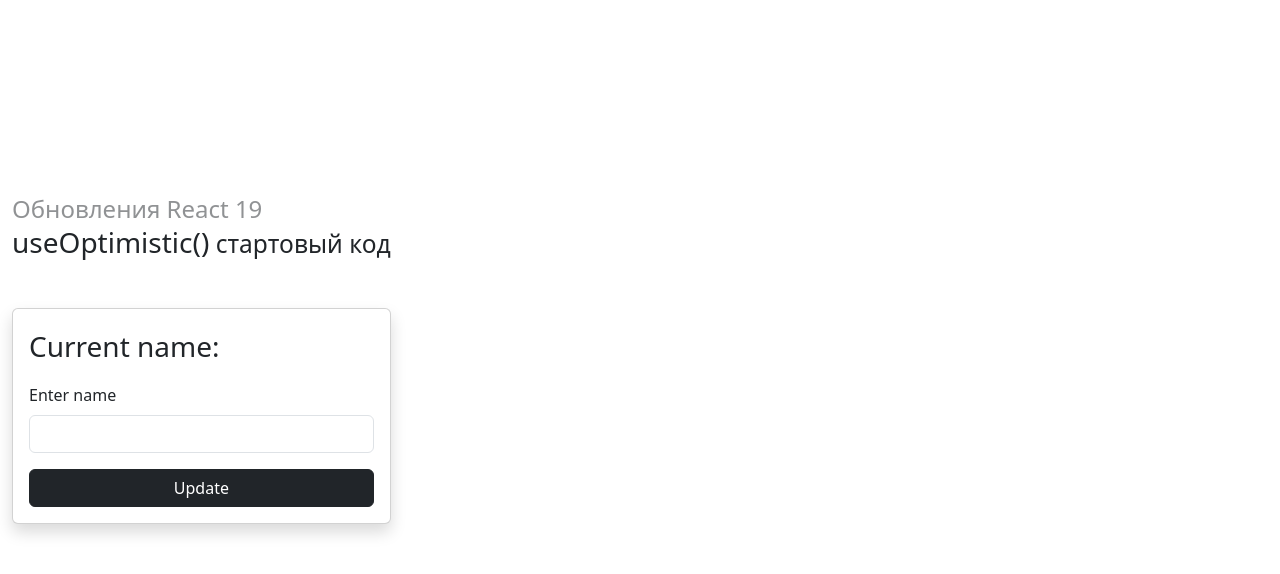
Repository: vitaliygalata1986/react
Page: / (app in project-40-react-19-vite/react-19/)
An editor plug-in stored every save of this project. The page is shown before and after the next save, followed by the edit.
The browser window is 1280 px wide. The pictures show the whole page.
The project was rebuilt for these pictures with package versions that can differ from the ones it lists, and the page was loaded fresh each time. Also part of the build but not shown: project-40-react-19-vite/react-19/vite.config.js.

Above is the page before, as saved 2025-02-06 23:56:15.

After the next save:
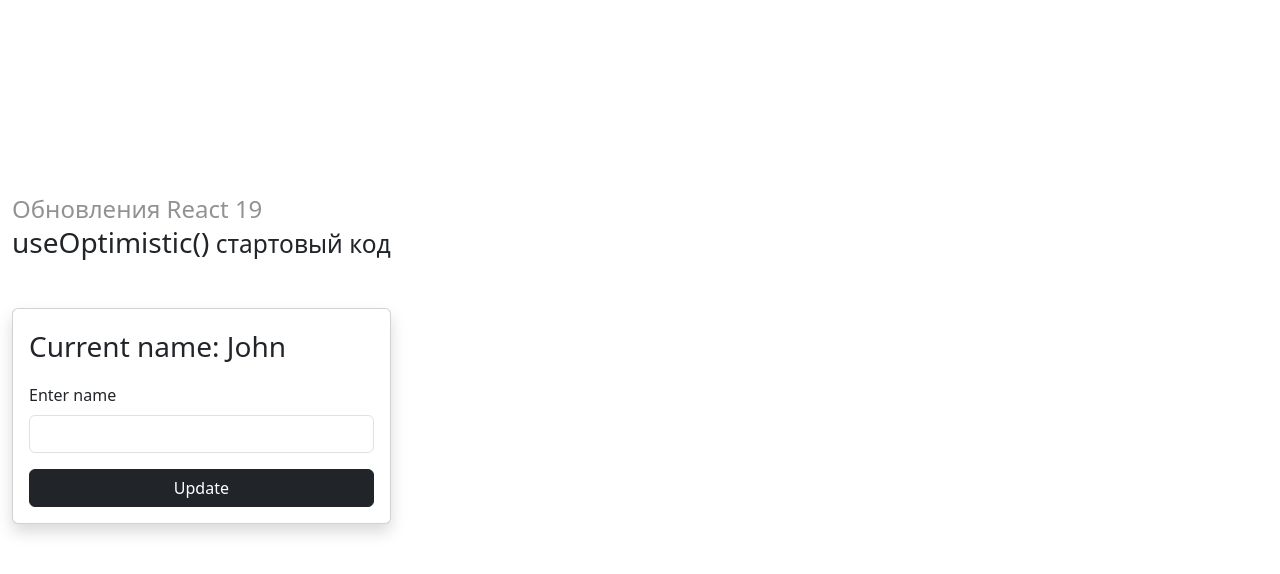
Saved 5 s later.
--- a/project-40-react-19-vite/react-19/src/examples/forms/useOptimistic-final.jsx
+++ b/project-40-react-19-vite/react-19/src/examples/forms/useOptimistic-final.jsx
@@ -20,7 +20,7 @@
 }
 
 function App() {
-
+  const [name, setName] = useState('John');
   const [optimisticState, setOptimisticState] = useOptimistic(name); // первый аргумент - состояние, на которое он будет подвязан
 
   async function handleSubmit(formData) {
